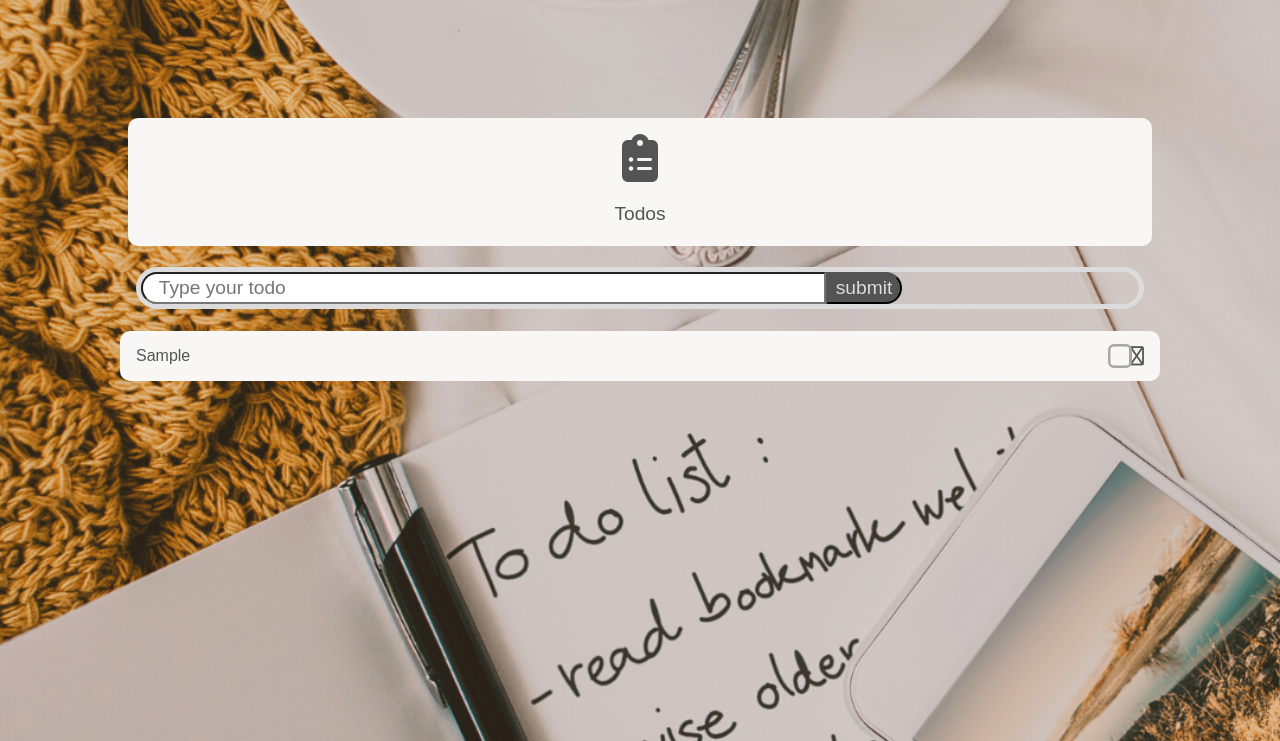
Repository: ShindanoSingi/My-Channel-Videos
Page: index.html
An editor plug-in stored every save of this project. The page is shown before and after the next save, followed by the edit.
The browser window is 1280 px wide. The pictures show the whole page.
Empty fields were first filled with sample values (such as "Sample", 5 or name@example.com).
After loading, the first visible `#submit-button` was clicked once.
Some web libraries are served in a nearby version.

Above is the page before, as saved 2023-07-18 22:55:18.

### index.html
<!DOCTYPE html>
<html lang="en">
<head>
    <meta charset="UTF-8">
    <meta name="viewport" content="width=device-width, initial-scale=1.0">
    <link rel="stylesheet" href="https://cdnjs.cloudflare.com/ajax/libs/font-awesome/6.2.0/css/all.min.css" integrity="sha512-xh6O/CkQoPOWDdYTDqeRdPCVd1SpvCA9XXcUnZS2FmJNp1coAFzvtCN9BmamE+4aHK8yyUHUSCcJHgXloTyT2A==" crossorigin="anonymous" referrerpolicy="no-referrer" />
    <link rel="stylesheet" href="https://use.fontawesome.com/releases/v5.12.1/css/all.css" crossorigin="anonymous">
    <Link rel="stylesheet" href="style.css">
    <title>Todo App</title>
</head>
<body>
    <div class="container">
        <div class="top-div">
            <i class="todo-icon fa-solid fa-clipboard-list"></i>
            <span>Todos</span>
        </div>

        <div class="input-button-container">
            <input class="input-field" id="input-field" type="text" placeholder="Type your todo">
            <input type="submit" value="submit" class="submit-button" id="submit-button">
        </div>
        <div class="div-checkbox-containers-parent" id="div-checkbox-containers-parent">
            </div>
        </div>
    </div>
    <script src="index.js"></script>
</body>
</html>

### style.css
:root{
    --gray-color: #545454;
    --background-color: #F8F7F6;
    --general-font: 1.2rem;
    --light-blue:#1E90FF;
    --light-gray:#DCDCDC;
    --border-radius: 10px;
    --input-border-radius: 50px;
    --padding-x: 0.5rem;
    --padding-y: 0.2rem;
    --screen: 100vw;
    --orange: #D59A4C;
    --gray: #A6A6A6;
}

body{
    color: var(--gray-color);
    font-family: 'Montserrat', sans-serif;
    font-size: var(--general-font);
    background-image: url(images/Background.png);
    background-size: cover;
    background-repeat: no-repeat;
    background-position: center;
    width: fit-content;
    box-sizing: 0;
    margin: 0;
    padding: 0;
}

.todo-icon{
    font-size: 3rem;
}

.top-div{
    width: 80%;
    background: var(--background-color);
    display: grid;
    justify-items: center;
    height: 6rem;
    gap: 1rem;
    border-radius: var(--border-radius);
    padding: 1rem 0;
    margin-bottom: 1.3rem;
    margin-top: -17rem;
}

/* Input field */
input, .submit-button{
    font-size: var(--general-font);
}

.input-field{
    width: 65%;
    display: inline-block;
    border-radius: var(--input-border-radius) 0 0 var(--input-border-radius);
    padding: 0.2rem 1rem;
}

input:focus{
    outline: none;
    background-color: var(--light-gray);
}

.submit-button{
    color: var(--light-gray);
    padding: 0 0.4rem;
    display: inline-block;
    background-color: var(--gray-color);

    color: var(--light-gray);
    border-radius: 0 var(--input-border-radius) var(--input-border-radius) 0;
    padding: var(--padding-y) var(--padding-x);
}

.submit-button:hover{
    background-color: var(--orange);
}

.input-button-container{
    width: 78%;
    display: flex;
    align-items: center;
    border: 5px solid var(--light-gray);
    border-radius: var(--input-border-radius) var(--input-border-radius);
    margin-top: 2rem;
    margin: 0 auto;
    margin-bottom: 1.3rem;
    /* display: none; */
}

div.text{
    font-size: 1rem;
    width: 70%;
    overflow: scroll;
    padding: 1rem;
}

.checkbox{
    height: 1rem;
    width: 1rem;
    border: 2px solid var(--gray);
    border-radius: 5px;
    transform: scale(1.2);
}

.check-mark{
    font-size: 2rem;
    transform: scale(1.6);
    color: var(--orange);
    transform: translate(-1rem, -1rem);
}

.checkbox-icon{
    display: flex;
}

.div-checkbox-container{
    width: 100%;
    height: auto;
    display: flex;
    justify-content: space-between;
    align-items: center;
    background-color: var(--background-color);
    border-radius: var(--border-radius);
    padding-right: 1rem;
}

.div-checkbox-containers-parent{
    display: flex;
    flex-direction: column;
    align-items: center;
    gap: 1.5rem;
    padding: 0 2rem;
    width: 80%;
    max-height: 55vh;
    overflow-y: scroll;
    position: absolute;
    top: 46%;
}

.container{
    height: 100vh;
    width: 100vw;
    display: flex;
    flex-direction: column;
    align-items: center;
    justify-content: center;
    padding-bottom: 1.3rem;
}

### index.js
let button = document.getElementById("submit-button");
button.addEventListener("click", function () {

    let newDiv1 = document.getElementById("div-checkbox-containers-parent");

    let inputValue = document.getElementById("input-field");

    let newDiv2 = document.createElement("div");
    newDiv2.setAttribute('class', "div-checkbox-container");
    newDiv2.setAttribute("id", "div-checkbox-container");

    let newDiv3 = document.createElement("div");
    newDiv3.setAttribute("class", "text");
    newDiv3.setAttribute("id", "text");
    newDiv3.textContent = inputValue.value;

    let newDiv4 = document.createElement("div");
    newDiv4.setAttribute("class", "checkbox-icon");
    newDiv4.setAttribute("id", "checkbox-icon");

    let input = document.createElement("div");
    input.setAttribute("class", "checkbox");
    input.setAttribute("id", "checkbox");

    let i = document.createElement("i");
    i.setAttribute("class", 'fa-regular fa-check');
    i.setAttribute('id','check-mark');

    newDiv4.appendChild(input);
    newDiv4.appendChild(i);

    newDiv2.appendChild(newDiv3);
    newDiv2.appendChild(newDiv4);

    console.log(newDiv1)
    if (!inputValue.value) {
        alert("Please enter the text!")
        return
    }

    newDiv1.appendChild(newDiv2);

    newDiv1.scrollTop = newDiv1.scrollHeight;

    inputValue.value = ''
});

// const showCheckMark = () => {
//     let checkMark = document.getElementById('check-mark');
//     checkMark.style.zIndex = 1;
//     console.log("Lol")
// }

// let checkBoxIcon = document.getElementById('checkbox-icon');
// checkBoxIcon.addEventListener('click', (event) => {
//     showCheckMark()
// })

After the next save:
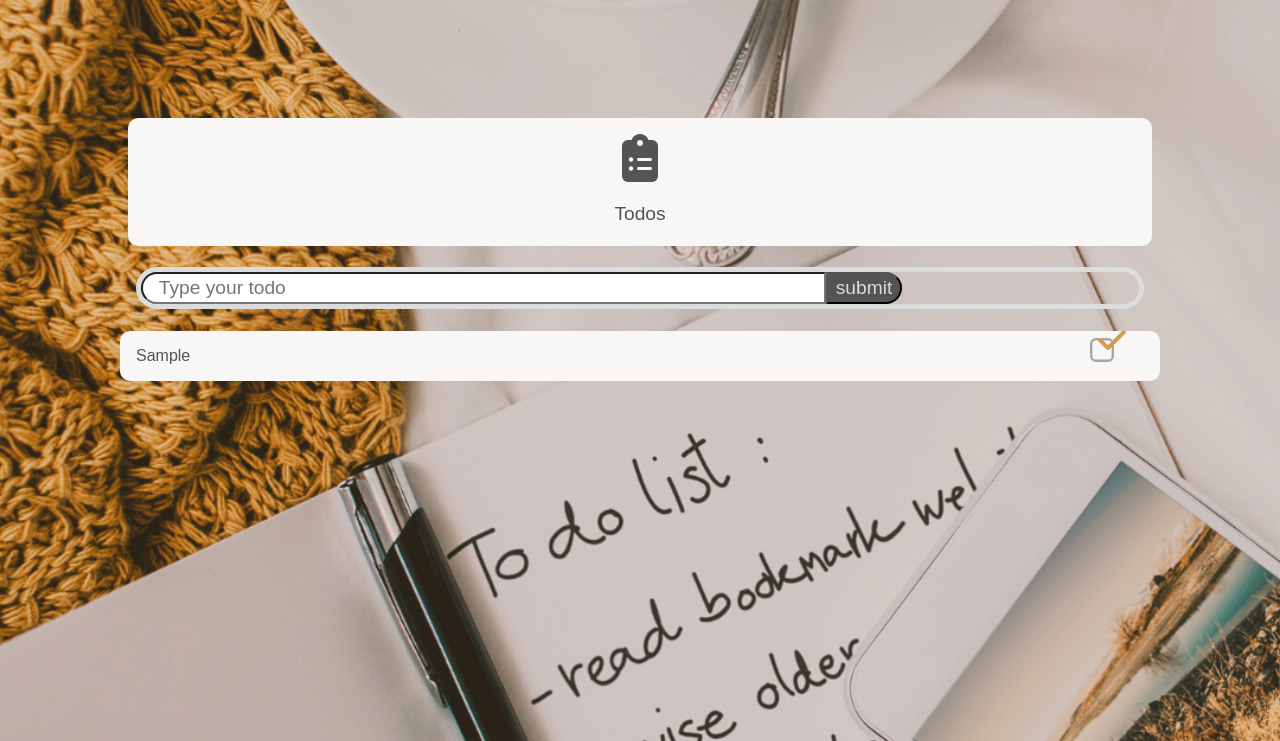
Saved 57 s later.
--- a/index.js
+++ b/index.js
@@ -23,7 +23,7 @@ button.addEventListener("click", function () {
     input.setAttribute("id", "checkbox");
 
     let i = document.createElement("i");
-    i.setAttribute("class", 'fa-regular fa-check');
+    i.setAttribute("class", 'check-mark fa-solid fa-check');
     i.setAttribute('id','check-mark');
 
     newDiv4.appendChild(input);
